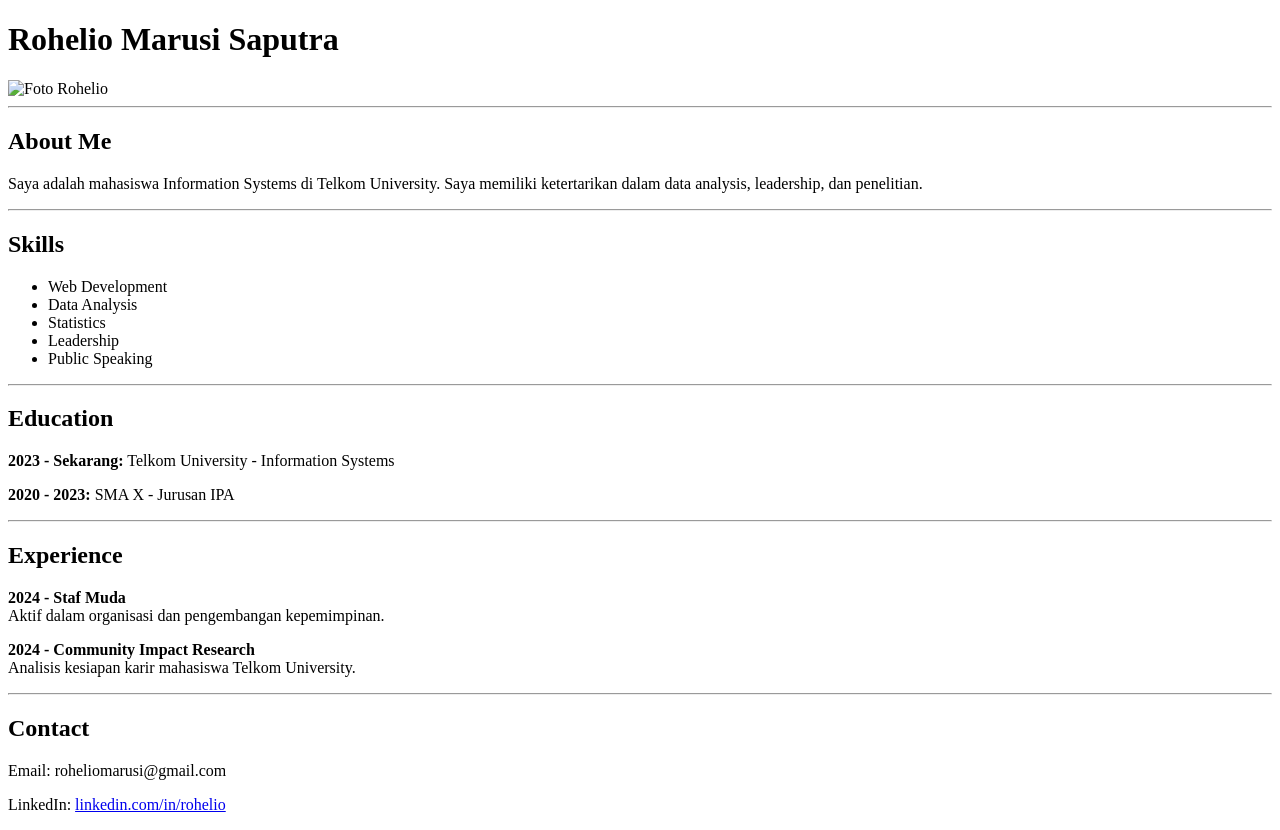
Repository: rohelio323/cv-rohelio
Page: index.html
The author's editor kept a copy of each file at every save. The page is drawn from the files as they stood at one save, then again after the next save.
The browser window is 1280 px wide. The pictures show the whole page.

Above is the page before, as saved 2025-02-25 02:10:08.
Not found: rohelio.jpg

After the next save:
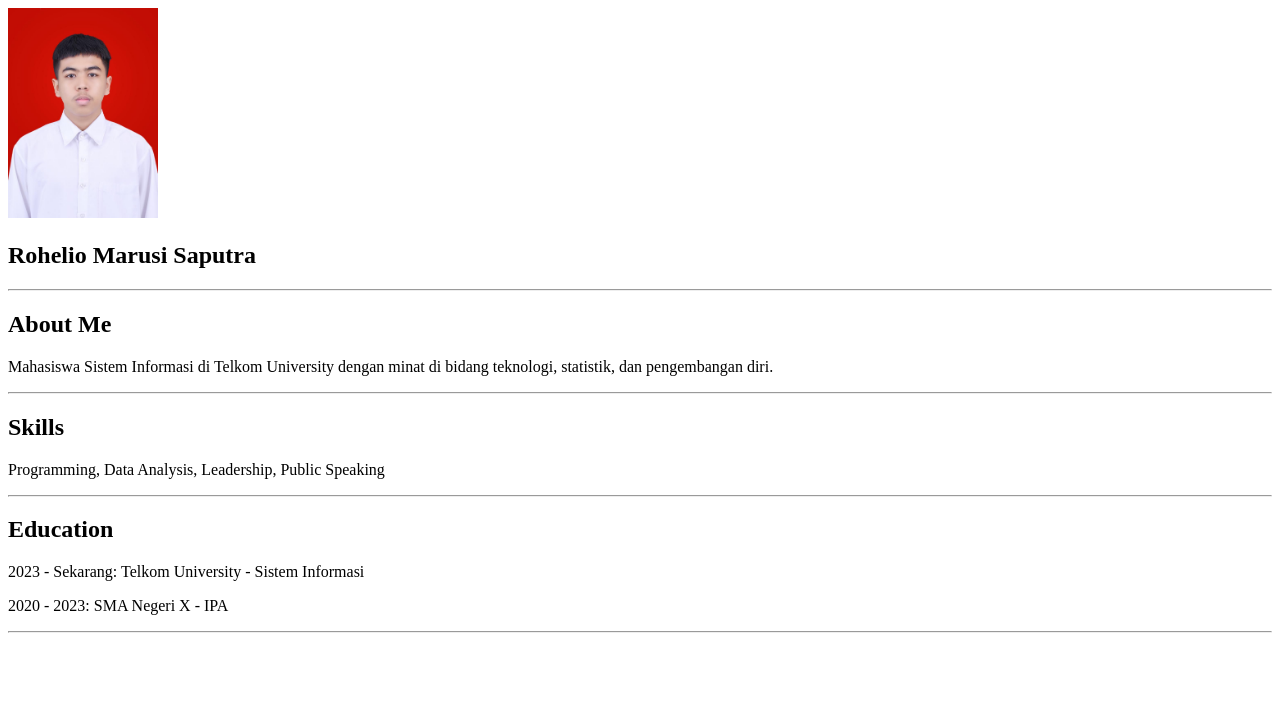
Saved 14 min 27 s later.
--- a/index.html
+++ b/index.html
@@ -1,48 +1,23 @@
 <!DOCTYPE html>
-<html lang="en">
+<html lang="id">
 <head>
     <meta charset="UTF-8">
     <meta name="viewport" content="width=device-width, initial-scale=1.0">
-    <title>CV Rohelio Marusi Saputra</title>
+    <title>CV Rohelio</title>
 </head>
 <body>
-
-    <h1>Rohelio Marusi Saputra</h1>
-    <img src="rohelio.jpg" alt="Foto Rohelio" width="150">
-
+    <img src="foto-profil.jpg" alt="Foto Profil" width="150">
+    <h2>Rohelio Marusi Saputra</h2>
     <hr>
-
     <h2>About Me</h2>
-    <p>Saya adalah mahasiswa Information Systems di Telkom University. Saya memiliki ketertarikan dalam data analysis, leadership, dan penelitian.</p>
-
+    <p>Mahasiswa Sistem Informasi di Telkom University dengan minat di bidang teknologi, statistik, dan pengembangan diri.</p>
     <hr>
-
     <h2>Skills</h2>
-    <ul>
-        <li>Web Development</li>
-        <li>Data Analysis</li>
-        <li>Statistics</li>
-        <li>Leadership</li>
-        <li>Public Speaking</li>
-    </ul>
-
+    <p>Programming, Data Analysis, Leadership, Public Speaking</p>
     <hr>
-
     <h2>Education</h2>
-    <p><strong>2023 - Sekarang:</strong> Telkom University - Information Systems</p>
-    <p><strong>2020 - 2023:</strong> SMA X - Jurusan IPA</p>
-
+    <p>2023 - Sekarang: Telkom University - Sistem Informasi</p>
+    <p>2020 - 2023: SMA Negeri X - IPA</p>
     <hr>
-
-    <h2>Experience</h2>
-    <p><strong>2024 - Staf Muda</strong><br>Aktif dalam organisasi dan pengembangan kepemimpinan.</p>
-    <p><strong>2024 - Community Impact Research</strong><br>Analisis kesiapan karir mahasiswa Telkom University.</p>
-
-    <hr>
-
-    <h2>Contact</h2>
-    <p>Email: roheliomarusi@gmail.com</p>
-    <p>LinkedIn: <a href="https://linkedin.com/in/rohelio" target="_blank">linkedin.com/in/rohelio</a></p>
-
 </body>
 </html>
